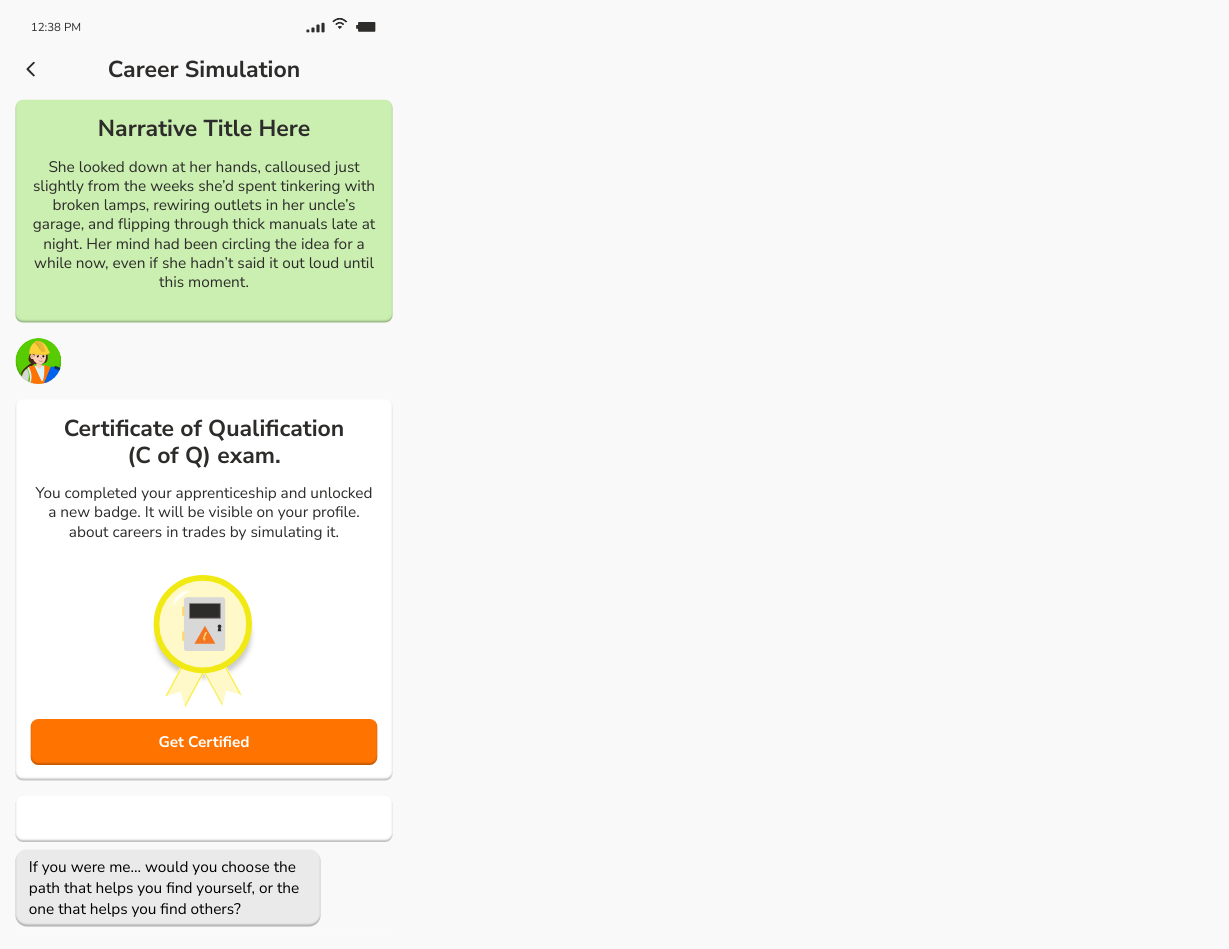
Repository: daniel-liu01/week10books
Page: /
These files come from the project's save history. The page is drawn as it stood at one moment and after the next save; the edit follows.
The browser window is 1280 px wide. The pictures show the whole page, at 96% of full size.
The project was rebuilt for these pictures with package versions that can differ from the ones it lists, and the page was loaded fresh each time. Also part of the build but not shown: vite.config.js, vite.config.ts, src/App.css, app/Simulation/Simulation.module.css, components/InfoModal/InfoModal.module.css, components/InfoModal/InfoModal.jsx, app/Simulation/Simulation.jsx.

Above is the page before, as saved 2025-10-22 12:49:50.

After the next save:
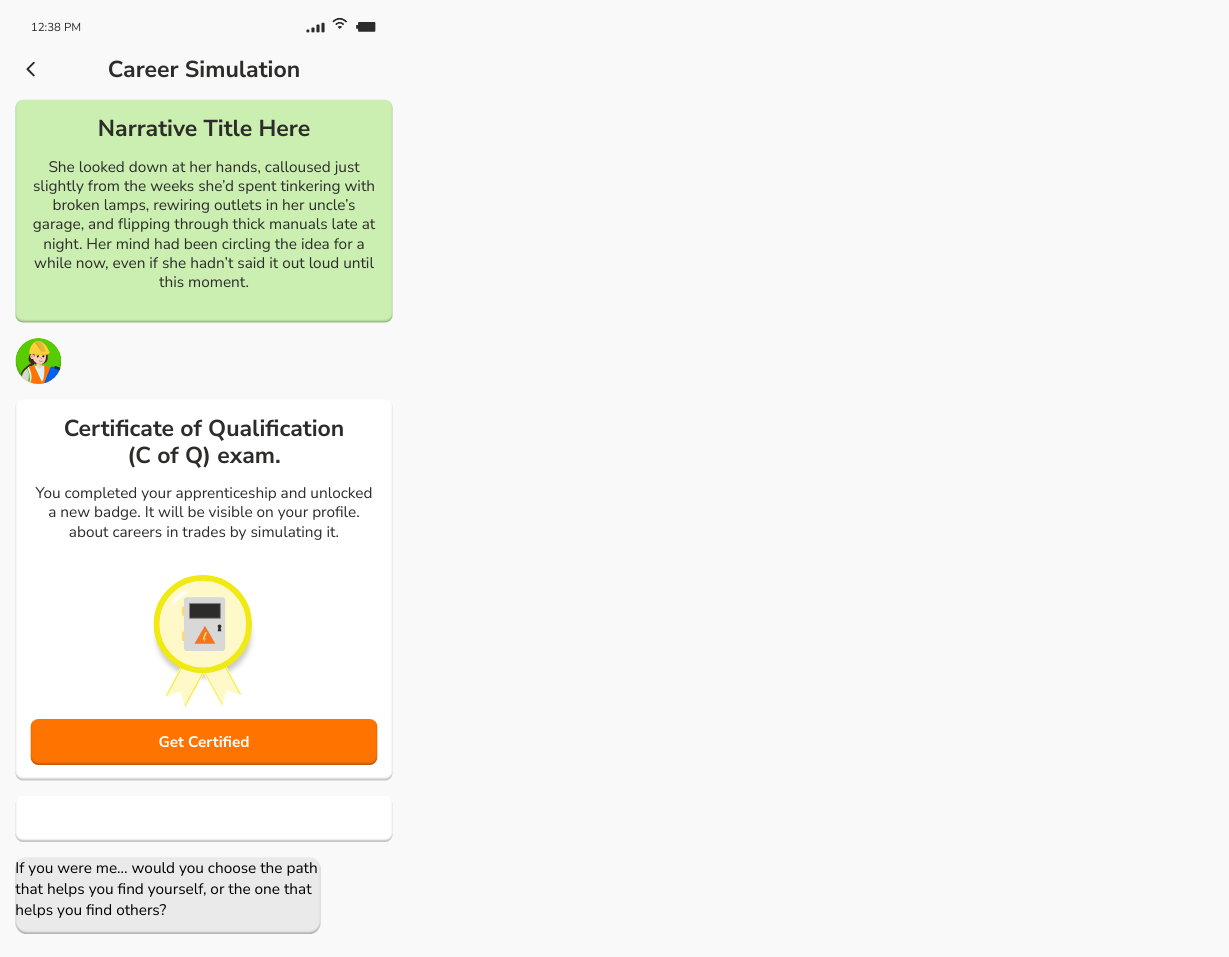
Saved 29 s later.
--- a/components/TextBubble/TextBubble.module.css
+++ b/components/TextBubble/TextBubble.module.css
@@ -1,7 +1,7 @@
 .containerAi,
 .containerUser {
     border-radius: 12px;
-    padding: 10px 14px;
+    padding:
     display: flex;
     align-items: center;
     margin: 8px 0;
